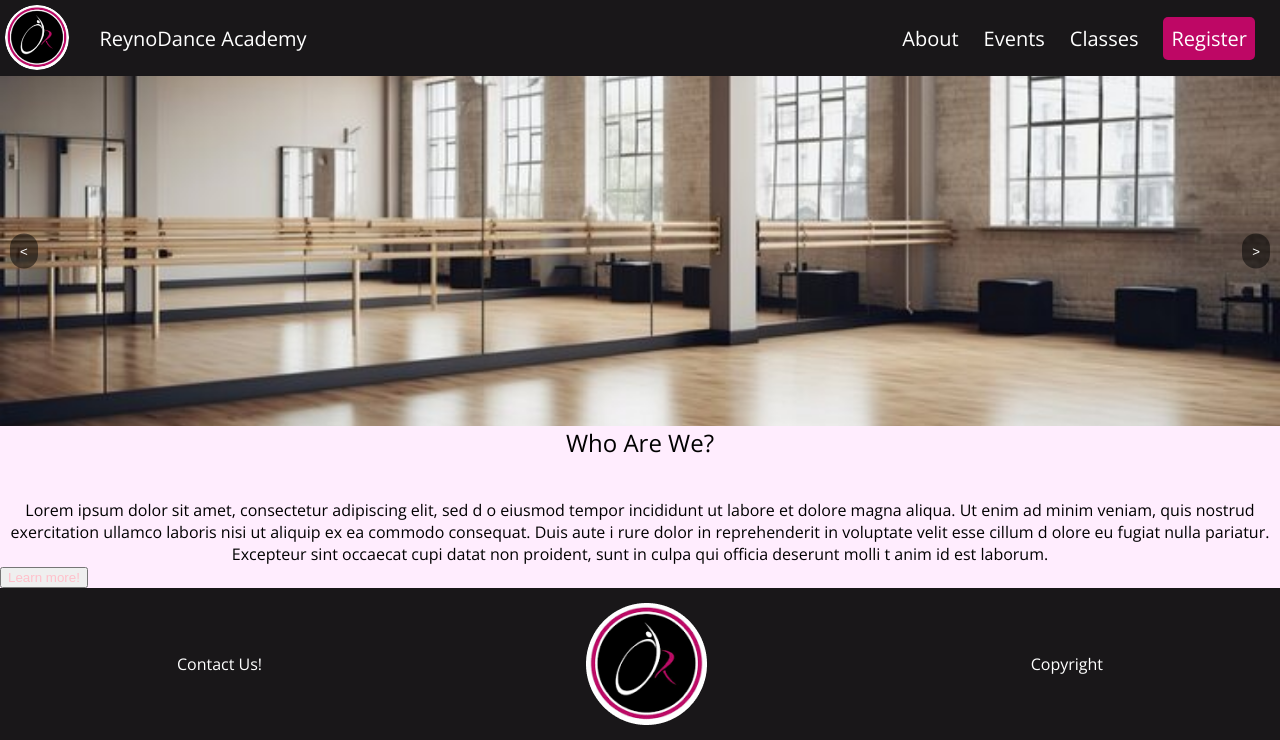
Repository: andreaelpz/reynodance-academy
Page: /
The author's editor kept a copy of each file at every save. The page is drawn from the files as they stood at one save, then again after a run of saves.
The browser window is 1280 px wide. The pictures show the whole page.
The project was rebuilt for these pictures with package versions that can differ from the ones it lists, and the page was loaded fresh each time. Also part of the build but not shown: angular.json, src/app/about/about.component.ts, src/app/classes/classes.component.ts, src/app/events/events.component.ts, src/app/user/sign-in/sign-in.component.ts, src/app/dashboard/dashboard.component.ts, src/app/user/register/register.component.ts, src/app/login/login.component.ts.

Above is the page before, as saved 2024-11-19 23:03:02.

### src/index.html
<!doctype html>
<html lang="en">
<head>
  <meta charset="utf-8">
  <title>ReynodanceAcademy</title>
  <base href="/">
  <meta name="viewport" content="width=device-width, initial-scale=1">
  <link rel="icon" type="image/x-icon" href="/assets/images/logo.png">
</head>
<body>
  <app-root></app-root>
</body>
</html>

### src/styles.css
/* You can add global styles to this file, and also import other style files */
@import url('https://fonts.googleapis.com/css2?family=Open+Sans:wght@300;400;500;600;700;800&display=swap');

:root {
  --black: rgb(0,0,0,.9);
  --lightPink: #FFEDFE;
  --hotPink: #BE0765;
}

body {
  margin: 0;
  background: var(--lightPink);
  font-family: 'Open Sans', sans-serif;
  font-weight: 300;
  color: white;
}

### src/app/app.module.ts
import { NgModule } from '@angular/core';
import { BrowserModule } from '@angular/platform-browser';
import { FormsModule } from '@angular/forms';
import { AppRoutingModule } from './app-routing.module';

import { AppComponent } from './app.component';
import { NavbarComponent } from './navbar/navbar.component';
import { AboutComponent } from './about/about.component';
import { ClassesComponent } from './classes/classes.component';
import { EventsComponent } from './events/events.component';
import { RegisterComponent } from './user/register/register.component';
import { LoginComponent } from './login/login.component';
import { SignInComponent } from './user/sign-in/sign-in.component';
import { DashboardComponent } from './dashboard/dashboard.component';
import { HomeComponent } from './home/home.component';
import { FooterComponent } from './footer/footer.component';

@NgModule({
  declarations: [
    AppComponent,
    NavbarComponent,
    AboutComponent,
    ClassesComponent,
    EventsComponent,
    RegisterComponent,
    LoginComponent,
    SignInComponent,
    DashboardComponent,
    HomeComponent,
    FooterComponent
  ],
  imports: [
    BrowserModule,
    AppRoutingModule,
    FormsModule
  ],
  providers: [],
  bootstrap: [AppComponent]
})
export class AppModule { }

### src/app/app-routing.module.ts
import { NgModule } from '@angular/core';
import { RouterModule, Routes } from '@angular/router';
import { AboutComponent } from './about/about.component';
import { ClassesComponent } from './classes/classes.component';
import { EventsComponent } from './events/events.component';
import { SignInComponent } from './user/sign-in/sign-in.component';
import { DashboardComponent } from './dashboard/dashboard.component';
import { HomeComponent } from './home/home.component';
import { RegisterComponent } from './user/register/register.component';

const routes: Routes = [
  {path: 'about', component: AboutComponent, title:"About - ReynoDance"},
  {path: 'classes', component: ClassesComponent, title:"Classes - ReynoDance"},
  {path: 'events', component: EventsComponent, title:"Events - ReynoDance"},
  {path: 'register', component: RegisterComponent, title:"Register - ReynoDance"},
  {path: 'sign-in', component: SignInComponent, title:"Sign-In - ReynoDance"},
  {path: 'dashboard', component: DashboardComponent, title:"Dashboard - ReynoDance"},
  {path: '', component: HomeComponent, title:"ReynoDance Academy"}
];

@NgModule({
  imports: [RouterModule.forRoot(routes)],
  exports: [RouterModule]
})
export class AppRoutingModule { }

### src/app/app.component.ts
import { Component } from '@angular/core';

@Component({
  selector: 'app-root',
  templateUrl: './app.component.html',
  styleUrls: ['./app.component.css']
})
export class AppComponent {
  title = 'reynodance-academy';
}

### src/app/home/home.component.ts
import { Component } from '@angular/core';

@Component({
  selector: 'app-home',
  templateUrl: './home.component.html',
  styleUrls: ['./home.component.css']
})
export class HomeComponent {
  images: string[] = ['studio.jpg', 'girls.jpg', 'solo.jpg'];
  currentIndex: number = 0;

  nextPic(): number{
    this.currentIndex++;

    if (this.currentIndex === this.images.length){
      this.currentIndex = 0;
    }

    return this.currentIndex;
  }

  prevPic(): number{
    if (this.currentIndex === 0){
      this.currentIndex = this.images.length - 1;
      return this.currentIndex;
    }

    this.currentIndex--;

    return this.currentIndex;
  }

  getImagePath(): string{
    return `/assets/images/${this.images[this.currentIndex]}`;
  }
}

### src/app/navbar/navbar.component.html
<div class = "container">
  <div class = "left">
    <a href = ""> <img class = "logo" src="/assets/images/logo.png" alt="Logo"/> </a>
    <a href = "">ReynoDance Academy</a>
  </div>
  <div class = "right">
    <a href = "/about">About</a>
    <a href = "/events">Events</a>
    <a href = "/classes">Classes</a>
    <a class = "register" href = "/register">Register</a>
  </div>
</div>

### src/app/navbar/navbar.component.css
.container{
  display: flex;
  justify-content: space-between;
  font-size: 20px;
  background-color: var(--black);
}

.left{
  display: flex;
  align-items: center;
  margin-left: 5px;
}

.left *{
  margin-right: 15px;
}

.logo{
  height: 65px;
  border-radius: 100%;
  margin-top: 5px;
}

.right{
  display: flex;
  align-items: center;
  margin-right: 25px;
}

.right *{
  margin-left: 25px;
}

a{
  text-decoration: none;
  color: white;
}

.register{
  background-color: var(--hotPink);
  padding: 8px;
  border-radius: 5px;
}

.register:hover{
  border-color: 10px solid var(--hotPink);
  background-color: #FFEDFE;
  color: var(--hotPink);
  font-size: 18px;
  font-weight: 400;
  border-color: var(--hotPink)
}

### src/app/home/home.component.html

    <div class = "pictures">
        <button type = "picsButton" (click) = prevPic()><</button>
        <img alt = "ReynoDance" [src]="getImagePath()">
        <button type = "picsButton" (click) = nextPic()>></button>
    </div>
<div class = "container">
    <div class = "intro">
        <div class = "title">Who Are We?</div>
        <div class = "summary">
            Lorem ipsum dolor sit amet, consectetur adipiscing elit, sed d
            o eiusmod tempor incididunt ut labore et dolore magna aliqua.
            Ut enim ad minim veniam, quis nostrud exercitation ullamco
            laboris nisi ut aliquip ex ea commodo consequat. Duis aute i
            rure dolor in reprehenderit in voluptate velit esse cillum d
            olore eu fugiat nulla pariatur. Excepteur sint occaecat cupi
            datat non proident, sunt in culpa qui officia deserunt molli
            t anim id est laborum.
        </div>
    </div>

    <div>
        <button class = "learnMore">Learn more!</button>
    </div>

</div>

### src/app/home/home.component.css
.pictures {
  display: flex;
  width: 100%;
  height: 350px;
  flex-direction: row;
  justify-content: space-between;
  overflow: hidden;
  position: relative;
}

img {
  width: 100%;
  height: 100%;
  object-fit: cover; /* crop excess */
}

.pictures button {
  position: absolute;
  top: 50%;
  transform: translateY(-50%);
  background-color: rgba(0, 0, 0, 0.5);
  color: white;
  border: none; /* Remove borders */
  padding: 10px;
  cursor: pointer;
  border-radius: 25px;
}

.pictures button:hover {
  background-color: rgba(0, 0, 0, 0.7);
}

.pictures button:first-of-type {
  left: 10px;
}

.pictures button:last-of-type {
  right: 10px;
}

.container{
  color:black;
  display:flex;
  flex-direction: column;
}

.title{
  text-align: center;
  display: flex;
  justify-content: center;
  margin-bottom: 40px;
  font-size: 24px;
  font-weight:400;
}

.summary{
    text-align: center;
    display: flex;
    justify-content: center;
}

.learnMore{
  color:pink;
}

### src/app/footer/footer.component.html
<div class = "container">
    <div class = "links">Contact Us!</div>
    <img class = "logo" src="/assets/images/logo.png">
    <div class = "copyright">Copyright</div>
</div>

### src/app/footer/footer.component.css
.container{
    background-color: var(--black);
    display: flex;
    flex-direction: row;
    justify-content: space-around;
    padding: 15px;
    align-items: center;
}

Loaded but not shown: src/main.ts (common file); src/app/navbar/navbar.component.ts (common file); src/app/footer/footer.component.ts (common file); src/app/app.component.html (common file); src/app/app.component.css (no copy from this time; the picture is the same without it)

After the next 5 saves:
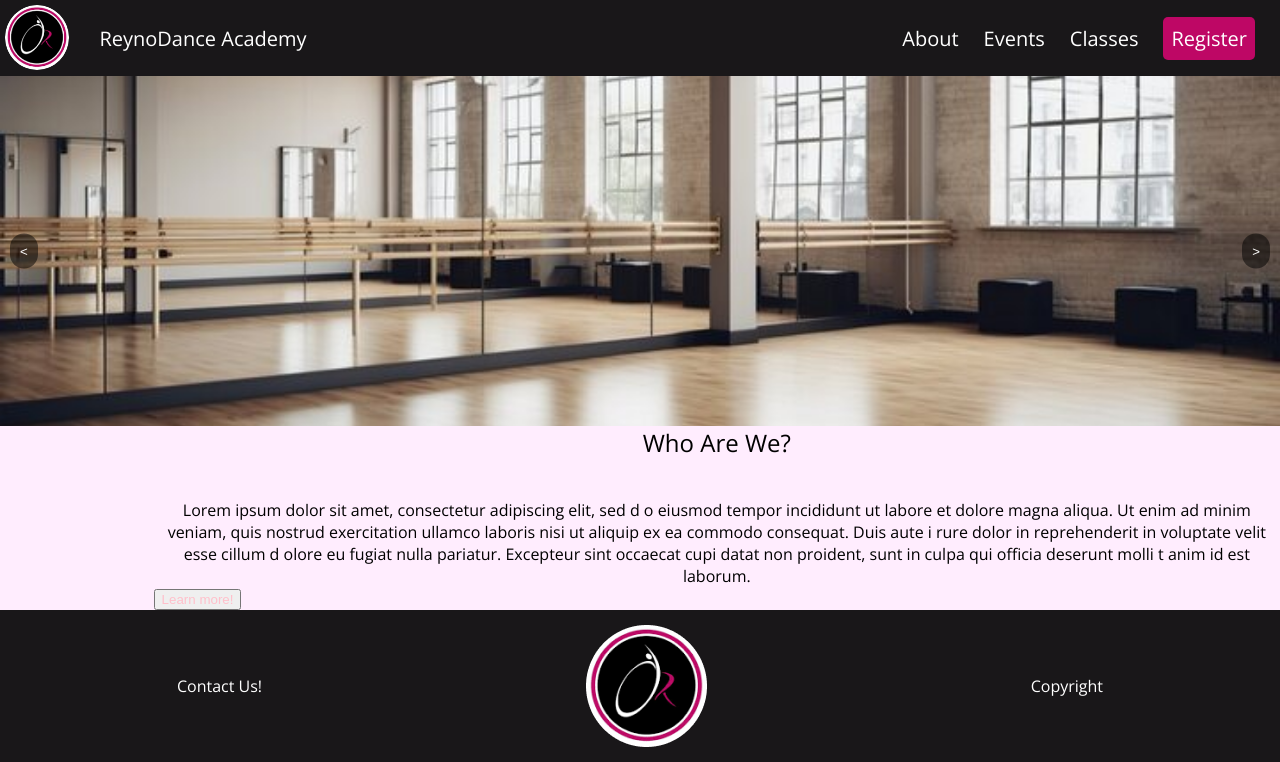
The 5 saves are shown as one change because they came seconds apart.
The last was saved 16 s later.
--- a/src/app/home/home.component.css
+++ b/src/app/home/home.component.css
@@ -42,6 +42,8 @@
   color:black;
   display:flex;
   flex-direction: column;
+  padding-left: 12%;
+
 }
 
 .title{

After the save that followed:
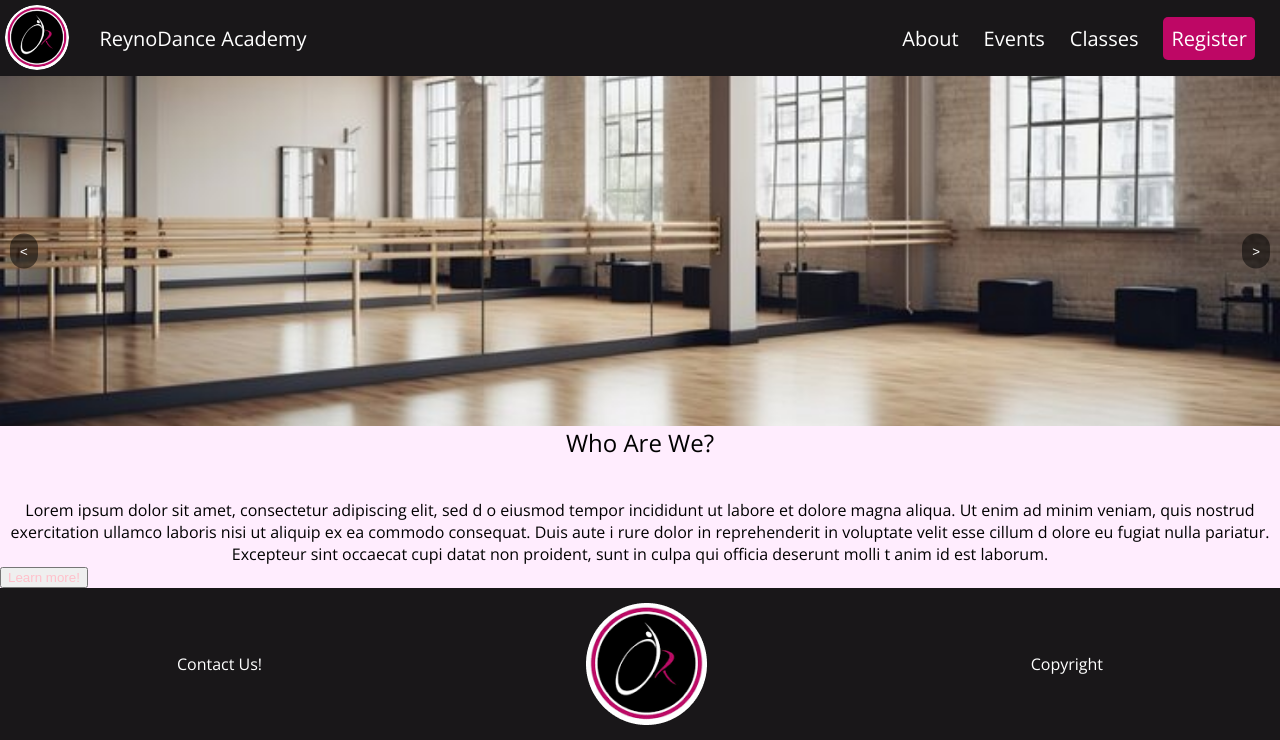
Saved 5 s later.
--- a/src/app/home/home.component.css
+++ b/src/app/home/home.component.css
@@ -42,7 +42,6 @@
   color:black;
   display:flex;
   flex-direction: column;
-  padding-left: 12%;
 
 }
 
